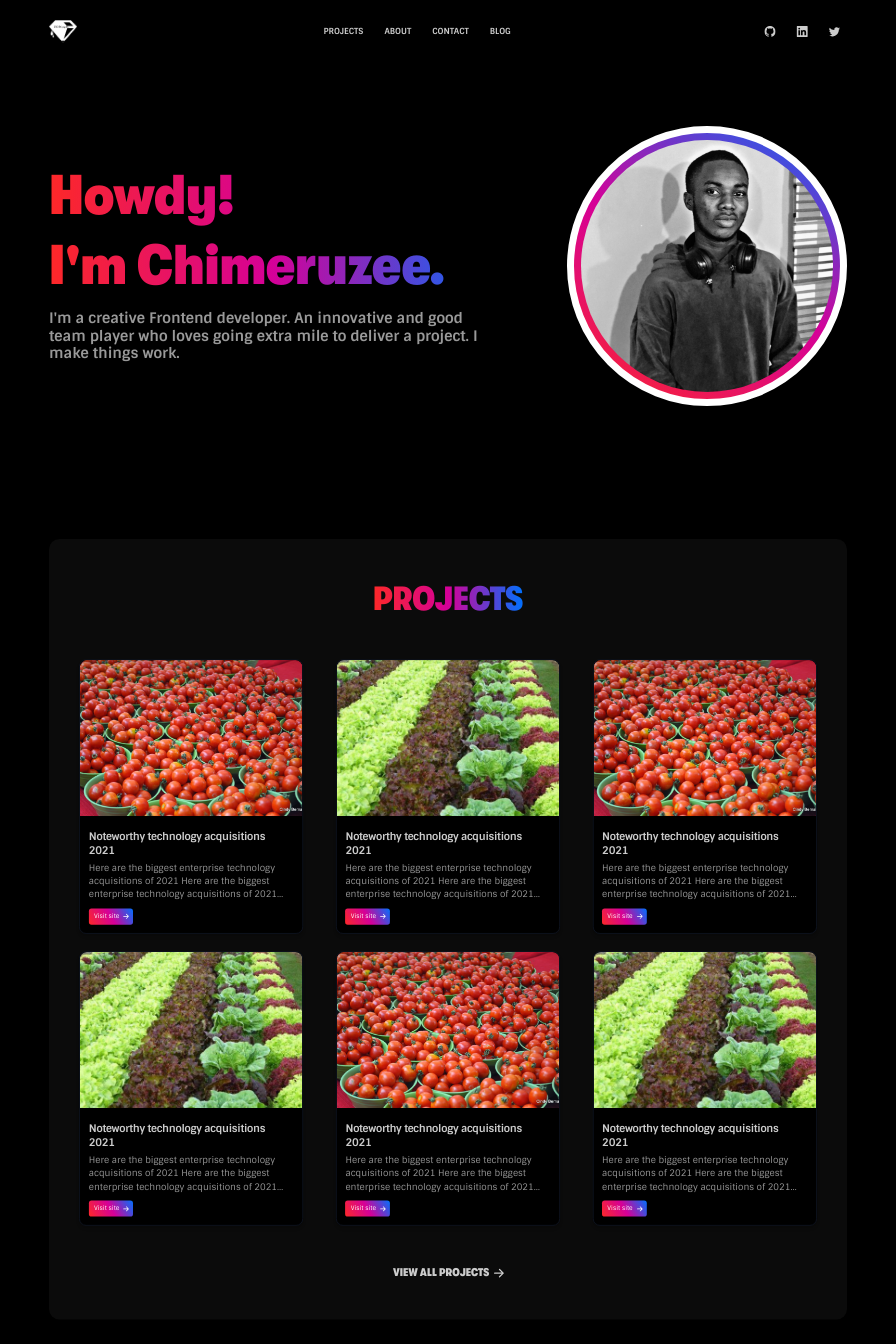
Repository: Ehceyn/ChimeruzeePortfolio
Page: /
An editor plug-in stored every save of this project. The page is shown before and after the next save, followed by the edit.
The browser window is 1280 px wide. The pictures show the part of the page from y = 0 to 1920 px (the page is 2801 px tall), at 70% of full size.
The project was rebuilt for these pictures with package versions that can differ from the ones it lists, and the page was loaded fresh each time. The framework's server and built-in components were replaced by stand-ins that run in the browser. Also part of the build but not shown: next.config.js.

Above is the page before, as saved 2022-07-04 18:36:16.

After the next save:
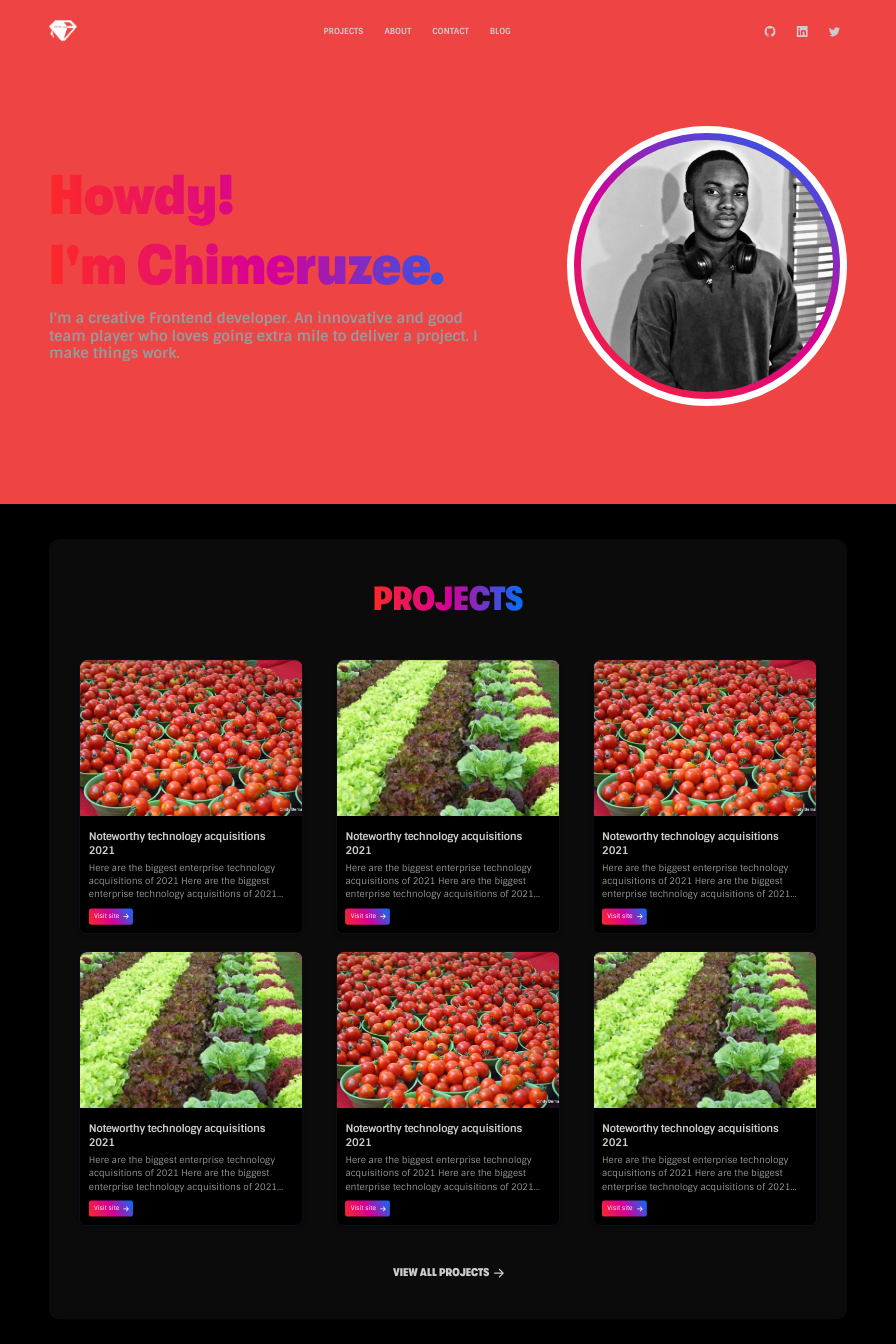
Saved 18 s later.
--- a/src/components/Hero/Hero.js
+++ b/src/components/Hero/Hero.js
@@ -3,7 +3,7 @@
 
 function Hero() {
   return (
-    <section className="flex justify-between items-center w-full h-[100vh]  pt-[90px] pb-20 px-[70px] ">
+    <section className="flex justify-between items-center w-full h-[100vh] bg-red-500  pt-[90px] pb-20 px-[70px] ">
       {/* <video
         src="/video/vid.mp4"
         className="absolute t-0 inset-x-0 "

After the save that followed:
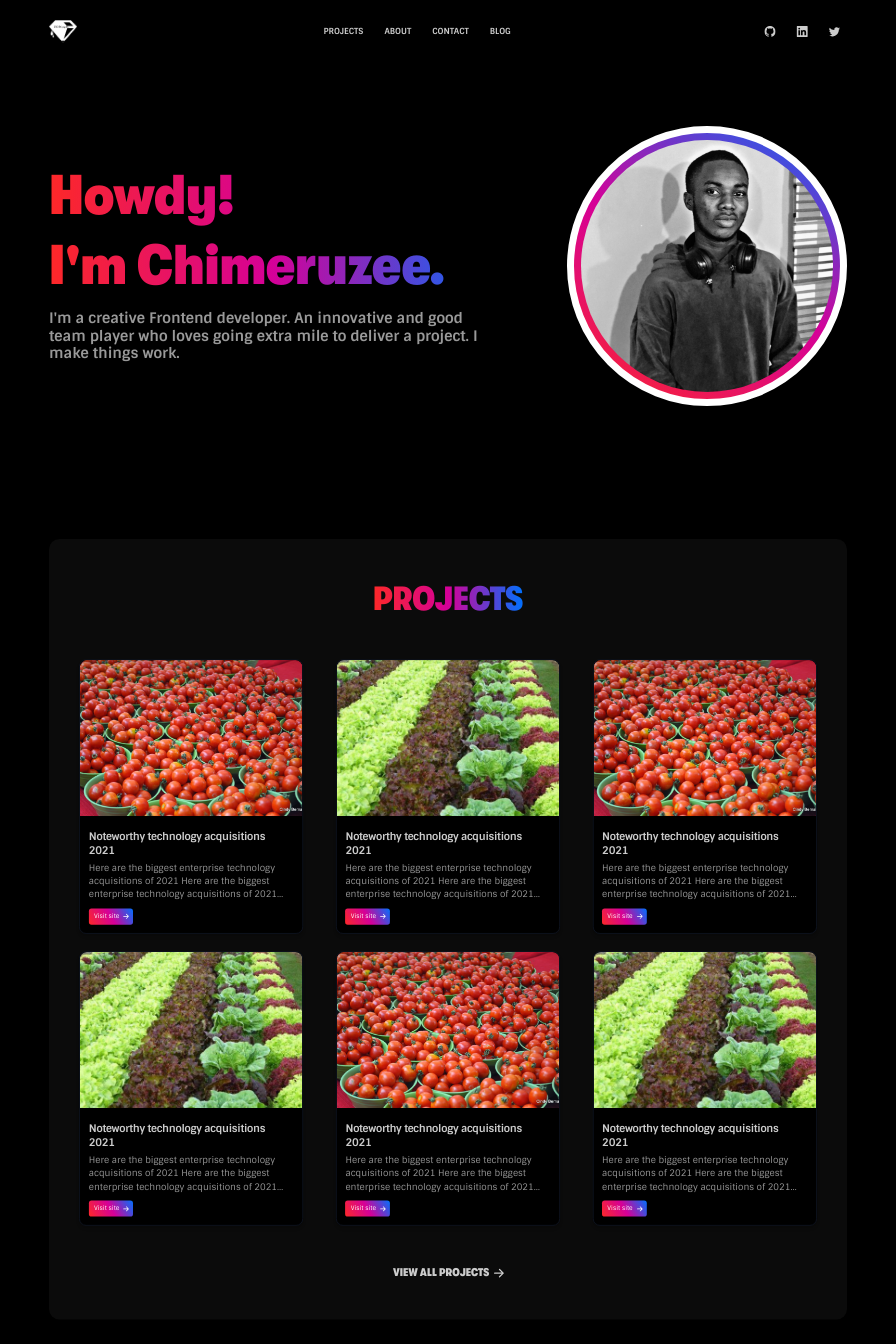
Saved 22 s later.
--- a/src/components/Hero/Hero.js
+++ b/src/components/Hero/Hero.js
@@ -3,7 +3,7 @@
 
 function Hero() {
   return (
-    <section className="flex justify-between items-center w-full h-[100vh] bg-red-500  pt-[90px] pb-20 px-[70px] ">
+    <section className="flex justify-between items-center w-full h-[100vh]  pt-[90px] pb-20 px-[70px] ">
       {/* <video
         src="/video/vid.mp4"
         className="absolute t-0 inset-x-0 "
